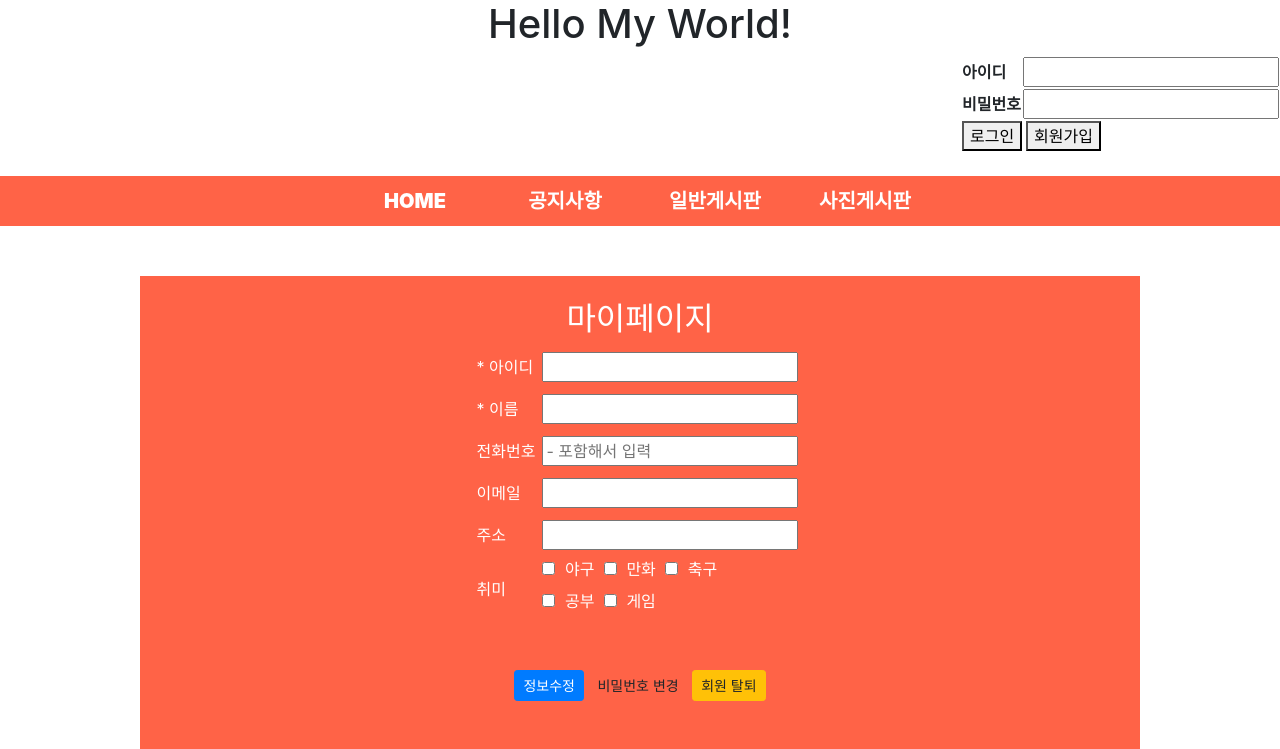
Repository: Developer-Choi-Jae-Young/ServletPractice
Page: http://localhost/jspProject/myPage.me
An editor plug-in stored every save of this project. The page is shown before and after the next save, followed by the edit.
The browser window is 1280 px wide. The pictures show the whole page.
The page is served by Tomcat 9.

Above is the page before, as saved 2024-09-03 01:26:44.

After the next save:
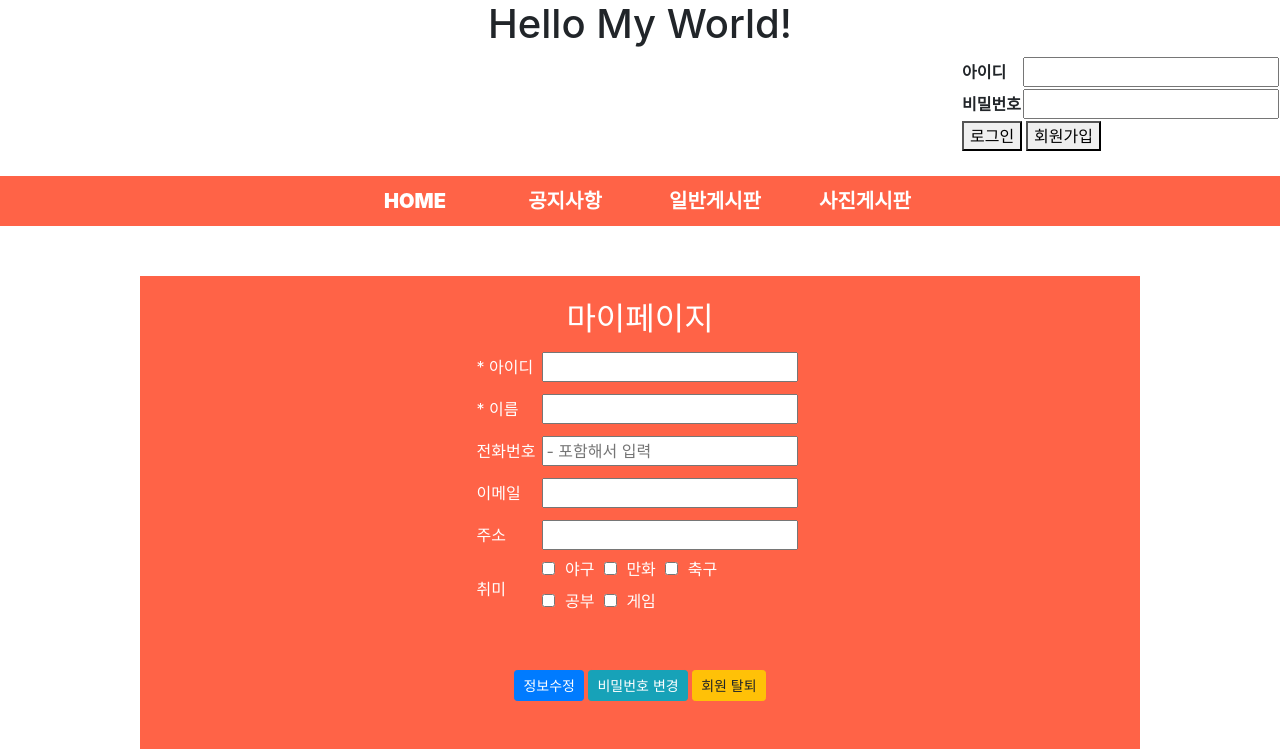
Saved 4 s later.
--- a/jspProject/src/main/webapp/views/member/myPage.jsp
+++ b/jspProject/src/main/webapp/views/member/myPage.jsp
@@ -92,7 +92,7 @@
 
 			<div align="center">
 				<button class="btn btn-sm btn-primary" type="submit">정보수정</button>
-				<button class="btn btn-sm btn-" type="button" data-toggle="modal" data-target="#updatePwdModal">비밀번호 변경</button>
+				<button class="btn btn-sm btn-info" type="button" data-toggle="modal" data-target="#updatePwdModal">비밀번호 변경</button>
 				<button class="btn btn-sm btn-warning" type="button">회원 탈퇴</button>
 			</div>
 
